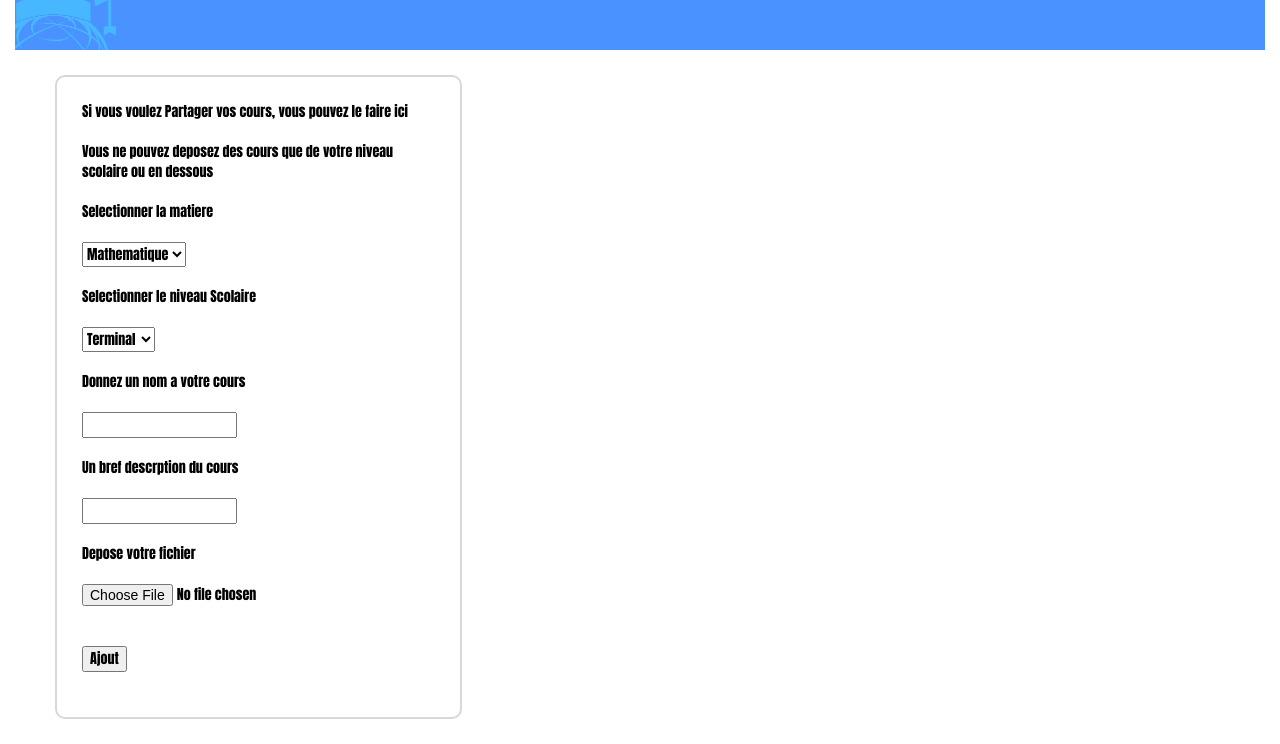
Repository: AntoAnt/WikiScolaire-
Page: http://localhost/InterfaceWikiScolair/WEB-INF/AjoutCours.jsp
An editor plug-in stored every save of this project. The page is shown before and after the next save, followed by the edit.
The browser window is 1280 px wide. The pictures show the whole page.
Some web fonts or font styles are not loaded; a fallback is used. The page is served by Tomcat 9. Nobody is signed in. The template is opened directly, without the code that normally fills it, so the values that code supplies are empty.

Above is the page before, as saved 2017-04-27 17:09:31.

After the next save:
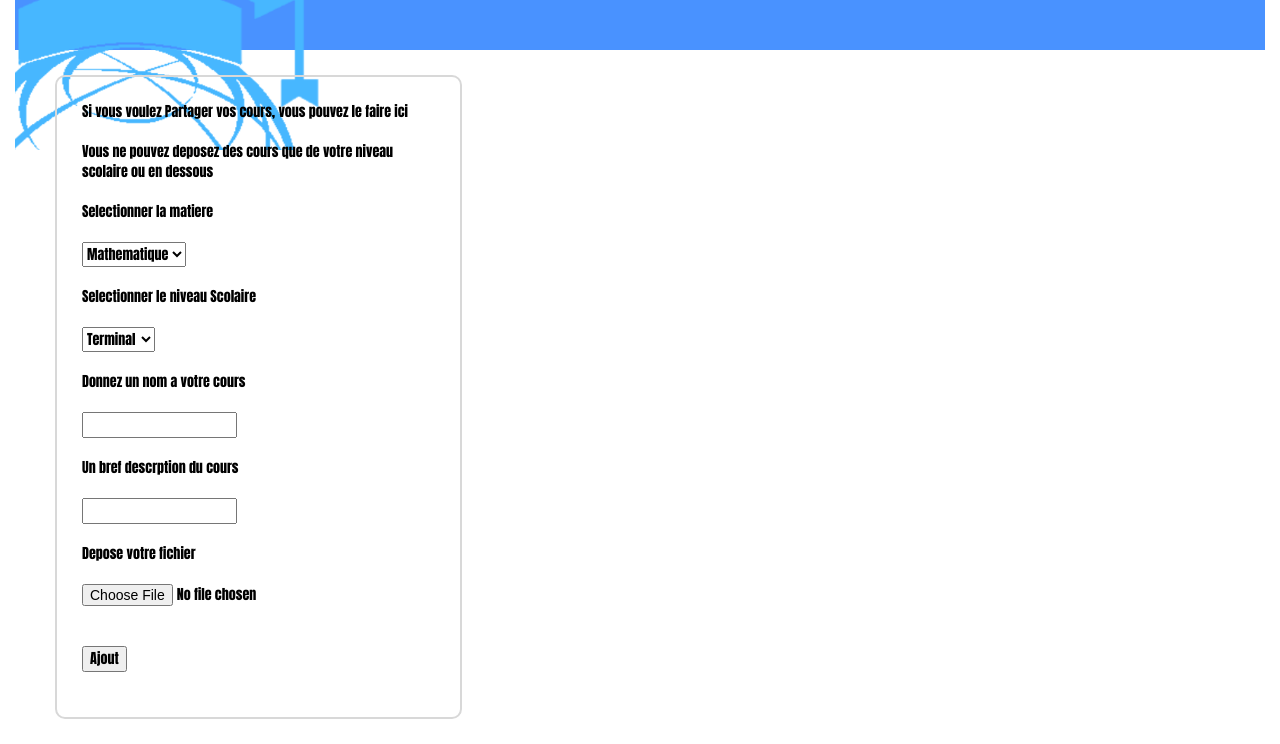
Saved 60 s later.
--- a/InterfaceWikiScolair/WebContent/style.css
+++ b/InterfaceWikiScolair/WebContent/style.css
@@ -7,7 +7,7 @@ body{
    position: absolute;
    top: 0px;
    left: 15px;
-   height: 50px;
+   height: 150px;
 }
 
 .bar{
